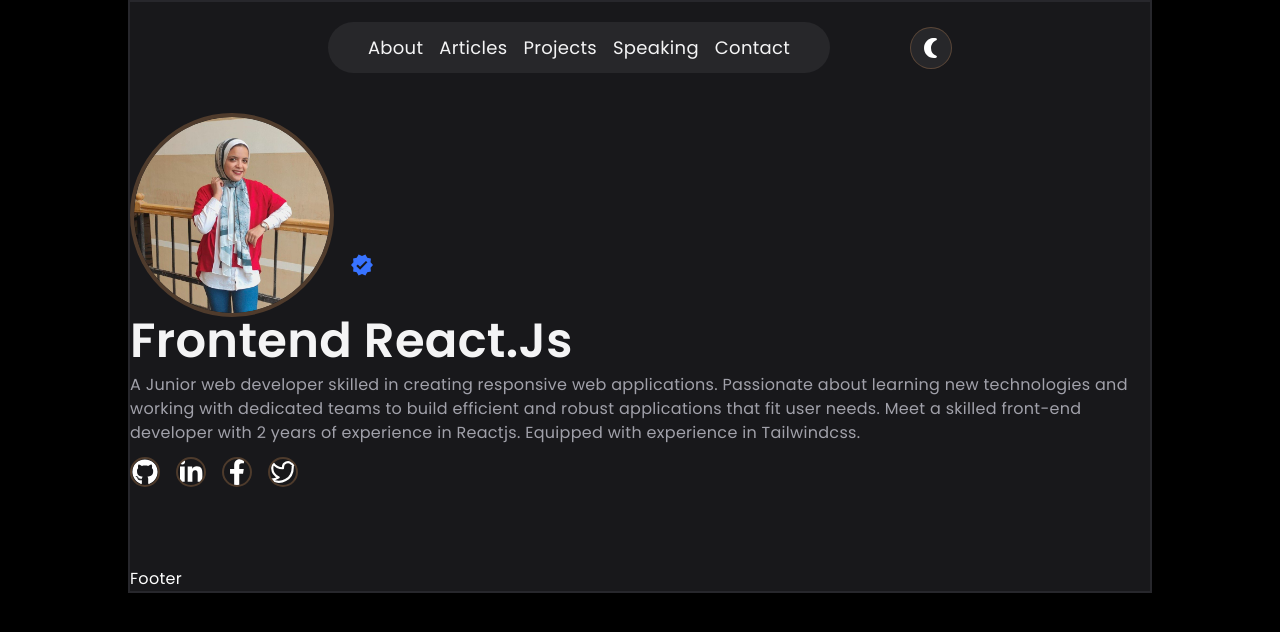
Repository: Wafaabahgat/Portfolio
Page: /
These files come from the project's save history. The page is drawn as it stood at one moment and after a run of saves; the edit follows.
The browser window is 1280 px wide. The pictures show the whole page.
The project was rebuilt for these pictures with package versions that can differ from the ones it lists, and the page was loaded fresh each time. Also part of the build but not shown: vite.config.ts, src/App.css, src/ErrorPage.tsx.

Above is the page before, as saved 2023-12-08 03:32:42.

### index.html
<!DOCTYPE html>
<html lang="en">
  <head>
    <meta charset="UTF-8" />
    <link rel="icon" type="image/svg+xml" href="/vite.svg" />
    <meta name="viewport" content="width=device-width, initial-scale=1.0" />
    <link rel="preconnect" href="https://fonts.googleapis.com" />
    <link rel="preconnect" href="https://fonts.gstatic.com" crossorigin />
    <link
      href="https://fonts.googleapis.com/css2?family=Poppins:wght@200;300;400;500;600;700;800&display=swap"
      rel="stylesheet"
    />
    <title>My Portfilio</title>
  </head>
  <body>
    <div id="root"></div>
    <script type="module" src="/src/main.tsx"></script>
  </body>
</html>

### src/main.tsx
import { RouterProvider } from "react-router-dom";
import ReactDOM from "react-dom/client";
import "./index.css";
import router from "./App";

ReactDOM.createRoot(document.getElementById("root")!).render(
  <RouterProvider router={router} />
);

### src/index.css
@tailwind base;
@tailwind components;
@tailwind utilities;

* {
  font-family: "Poppins", sans-serif;
  letter-spacing: 0.3px;
}

:root {
  --primary: #000;
  --secondary: rgb(24 24 27);
  --border: rgb(63, 63, 70, 0.4);
}
.light {
  --primary: #fff;
}

body {
  background-color: var(--primary);
  color: #fff;
}

html {
  /* max-width: 2000px; */
  margin: 0;
  padding: 0;
}

.container {
  width: 80%;
  margin-left: auto;
  margin-right: auto;
  background-color: var(--secondary);
  border: 2px solid var(--border);
}
.line {
  border: 1px solid var(--border);
  margin: 1rem 0;
}

li {
  list-style: none;
}
a {
  text-decoration: none;
  transition: 0.3;
}
.border-li:last-child {
  border: none;
}

### src/App.tsx
import "./App.css";
import { createBrowserRouter } from "react-router-dom";
// import Root from "@pages/root";
import Root from "./pages/root";

import { Home } from "./pages/index";
import ErrorPage from "./ErrorPage";

const router = createBrowserRouter([
  {
    path: "/",
    element: <Root />,
    errorElement: <ErrorPage />,
    children: [
      {
        index: true,
        path: "/",
        element: <Home />,
      },
    ],
  },
]);

export default router;

### src/pages/root.tsx
import { Outlet } from "react-router-dom";
import Header from "../components/layouts/Header";
import Footer from "../components/layouts/Footer";

const Root = () => {
  return (
    <div className="container">
      <Header />
      <Outlet />
      <Footer />
    </div>
  );
};

export default Root;

### src/components/layouts/Header.tsx
import { FC, useState } from "react";
import { MdNightlightRound } from "react-icons/md";
import { SlMenu } from "react-icons/sl";
import { IoMdClose } from "react-icons/io";

interface HeaderProps {}

const links = [
  {
    href: "/about",
    name: "about",
  },
  {
    href: "/articles",
    name: "articles",
  },
  {
    href: "/projects",
    name: "projects",
  },
  {
    href: "/speaking",
    name: "speaking",
  },
  {
    href: "/contact",
    name: "contact",
  },
];

const Header: FC<HeaderProps> = () => {
  const [showMenu, setShowMenu] = useState(false);

  return (
    <>
      <div className="mt-5">
        <div className="flex items-center justify-center md:gap-20 gap-4">
          <nav className="">
            <ul className="md:flex hidden py-3 gap-4 px-10 bg-bg-header rounded-full ">
              {links?.map((e, i) => (
                <li
                  key={i}
                  className="capitalize text-main-title md:text-[18px] text-[14px] mx-auto hover:text-main-light hover:text-[20px]"
                >
                  <a href={e?.href}>{e?.name}</a>
                </li>
              ))}
            </ul>
          </nav>
          <button
            onClick={() => {
              setShowMenu(true);
            }}
            className="flex md:hidden text-xl border-border-menu border justify-center items-center bg-bg-header rounded-full w-[42px] h-[42px]"
          >
            <SlMenu className="" />
          </button>
          <div className="bg-bg-header text-2xl cursor-pointer border border-border-menu rounded-full w-[42px] h-[42px] flex items-center justify-center">
            <MdNightlightRound />
          </div>
        </div>
        {showMenu && (
          <div className="fixed py-3 z-11 inset-0 max-w-[85%] max-h-[48%] mt-10 bg-bg-menu mx-auto rounded-2xl">
            <span className="flex justify-end mr-4">
              <button
                onClick={() => {
                  setShowMenu(false);
                }}
                className="bg-white text-lg hover:translate-x-2 text-bg-header rounded-sm p-1"
              >
                <IoMdClose />
              </button>
            </span>
            <ul className="">
              {links?.map((e, i) => (
                <li
                  key={i}
                  className="capitalize text-main-title text-[20px] text-start px-10 py-3 border-li border-b border-bg-border hover:text-main-light hover:text-[25px]"
                >
                  <a href={e?.href}>{e?.name}</a>
                </li>
              ))}
            </ul>
          </div>
        )}
      </div>
    </>
  );
};

export default Header;

### src/components/layouts/Footer.tsx
import { FC } from "react";

interface FooterProps {}

const Footer: FC<FooterProps> = () => {
  return (
    <>
      <div className="mt-20">Footer</div>
    </>
  );
};

export default Footer;

### src/pages/Home.tsx
import { FC } from "react";
import Hero from "../components/home/Hero";

interface HomeProps {}

const Home: FC<HomeProps> = () => {
  return (
    <>
      <div className="">
        <Hero />
      </div>
    </>
  );
};

export default Home;

### src/components/home/Hero.tsx
import { FC } from "react";
import avatar from "../../assets/avatar1.png";
import { MdVerified } from "react-icons/md";
import { FaFacebookF, FaLinkedinIn, FaGithub } from "react-icons/fa";
import { FiTwitter } from "react-icons/fi";

interface HeroProps {}

const Hero: FC<HeroProps> = () => {
  return (
    <>
      <div className="mt-10">
        <div>
          <div className="flex items-end gap-4">
            <img
              src={avatar}
              className="w-[20%] border-border-menu border-4 rounded-full"
            />
            <MdVerified className="text-2xl text-main-light mb-10" />
          </div>
          <h1 className="text-main-title font-semibold text-5xl mb-2 capitalize">
            frontend react.js
          </h1>
          <p className=" text-sub-title text-md mb-3">
            A Junior web developer skilled in creating responsive web
            applications. Passionate about learning new technologies and working
            with dedicated teams to build efficient and robust applications that
            fit user needs. Meet a skilled front-end developer with 2 years of
            experience in Reactjs. Equipped with experience in Tailwindcss.
          </p>
          <div className="flex gap-4 ">
            <FaGithub className="text-3xl rounded-full  border-2 border-border-menu " />
            <FaLinkedinIn className="text-3xl rounded-full border-2 border-border-menu " />
            <FaFacebookF className="text-3xl rounded-full border-2 border-border-menu " />
            <FiTwitter className="text-3xl rounded-full border-2 border-border-menu " />
          </div>
        </div>
      </div>
    </>
  );
};

export default Hero;

### tailwind.config.js
/** @type {import('tailwindcss').Config} */
export default {
  content: ["./index.html", "./src/**/*.{js,ts,jsx,tsx}"],
  darkMode: "class",
  theme: {
    extend: {
      colors: {
        main: "#252466",
        "main-light": "#3873FF",
        "text-primary": "#000",
        "bg-header": "rgb(39, 39, 42)",
        "bg-menu": "rgba(40,40, 48, 0.91)",
        "bg-border": "rgb(63, 63, 70, 0.4)",
        "border-menu": "rgb(244, 165, 96, 0.249)",
        "main-title": "rgb(244, 244, 245)",
        "sub-title": "rgb(161, 161, 170)",
        // "sub-dark": "#252466",
        // "main-dark": "#41427D",
        // "text-color": "#FCFCFC",
        // "text-gray": "#667085",
        // "text-primary": "#9795B5",
      },
      // gridTemplateColumns: {
      //   prod: "repeat(auto-fit, minmax(130px, 1fr))",
      //   plog: "repeat(auto-fit, minmax(300px, 1fr))",
      // },
    },
  },
  plugins: [],
};

Loaded but not shown: src/pages/index.ts (common file)

After the next 2 saves:
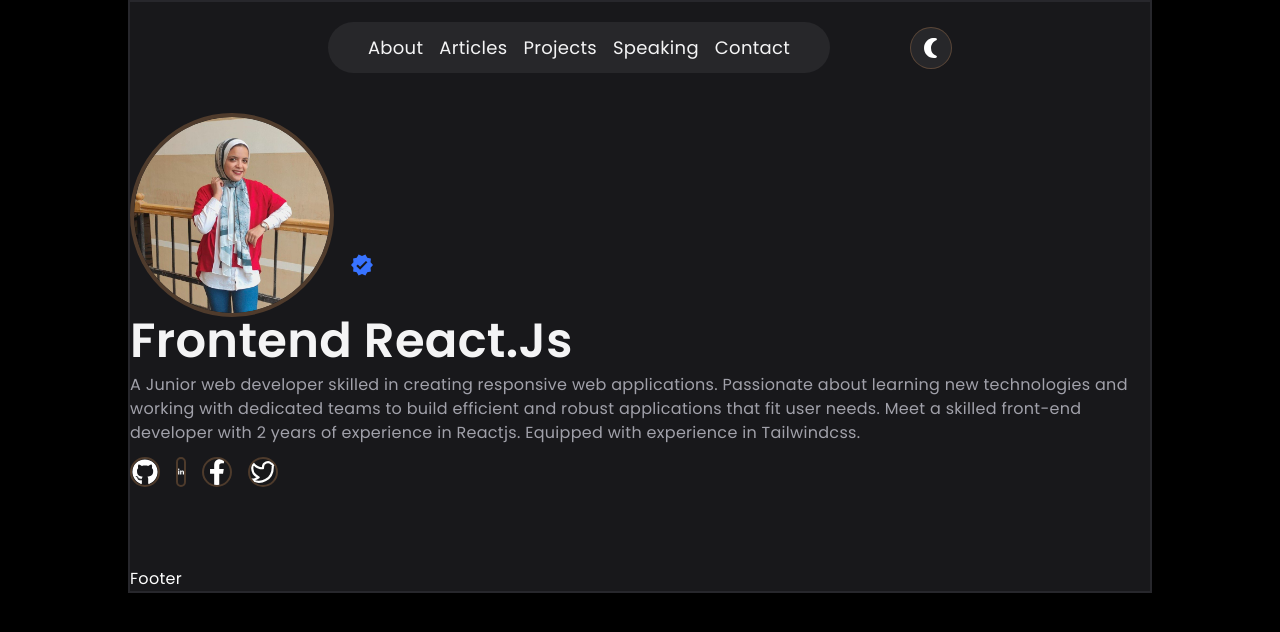
The 2 saves are shown as one change because they came seconds apart.
The last was saved 8 s later.
--- a/src/components/home/Hero.tsx
+++ b/src/components/home/Hero.tsx
@@ -30,7 +30,7 @@ const Hero: FC<HeroProps> = () => {
           </p>
           <div className="flex gap-4 ">
             <FaGithub className="text-3xl rounded-full  border-2 border-border-menu " />
-            <FaLinkedinIn className="text-3xl rounded-full border-2 border-border-menu " />
+            <FaLinkedinIn className="text-3xl rounded-full w-[10px] border-2 border-border-menu " />
             <FaFacebookF className="text-3xl rounded-full border-2 border-border-menu " />
             <FiTwitter className="text-3xl rounded-full border-2 border-border-menu " />
           </div>
